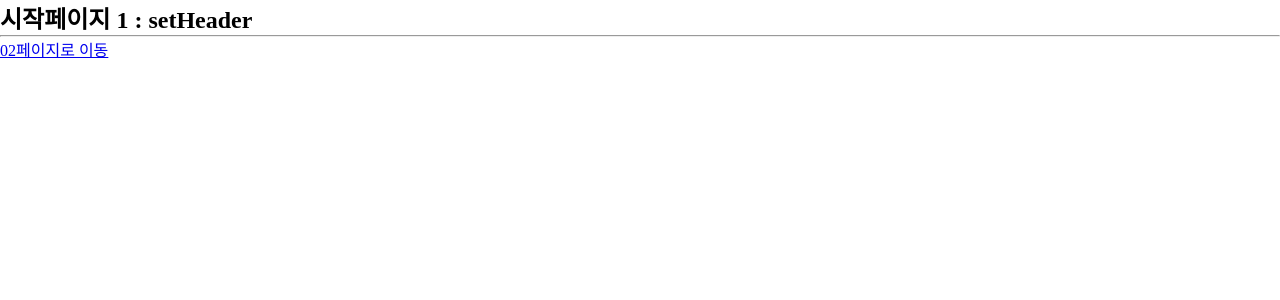
Repository: hyunh84/jsp_study
Page: http://localhost/Day03/j07_attr01.jsp
An editor plug-in stored every save of this project. The page is shown before and after the next save, followed by the edit.
The browser window is 1280 px wide. The pictures show the whole page.
The page is served by Tomcat 9. Other server files are loaded and not shown.

Above is the page before, as saved 2015-09-12 02:29:31.

### MyWorks/Day03/WebContent/j07_attr01.jsp
<%@ page language="java" contentType="text/html; charset=utf-8"
    pageEncoding="utf-8"%>
<!DOCTYPE html>
<html>
<head>
<meta charset="utf-8">
<title>Insert title here</title>

<style type="text/css">
	* {margin:0; padding:0;}
	table {border-collapse:collapse; }
	table th {padding:5px; border:1px solid #777;}
	table td {padding:5px; border:1px solid #777;}
</style>
<script type="text/javascript" src="/Day03/js/jquery-1.11.3.min.js"></script>

</head>
<body>

	<h2>시작페이지 1 : setHeader</h2>
	<hr>

	<%--

	 --%>

	 <%

	 %>

	 <a href="/Day05/j05_setHeader02.jsp">02페이지로 이동</a>

</body>
</html>

Loaded but not shown: MyWorks/Day03/WebContent/js/jquery-1.11.3.min.js (library)

After the next save:
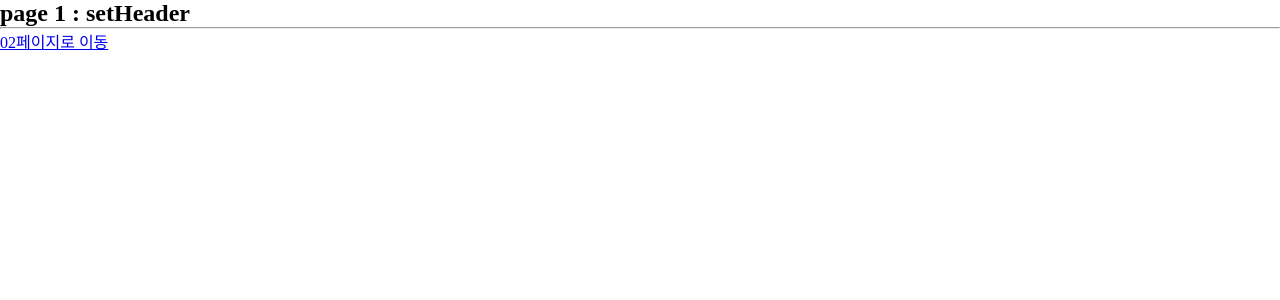
Saved 8 s later.
--- a/MyWorks/Day03/WebContent/j07_attr01.jsp
+++ b/MyWorks/Day03/WebContent/j07_attr01.jsp
@@ -17,7 +17,7 @@
 </head>
 <body>
 
-	<h2>시작페이지 1 : setHeader</h2>
+	<h2>page 1 : setHeader</h2>
 	<hr>
 
 	<%--
